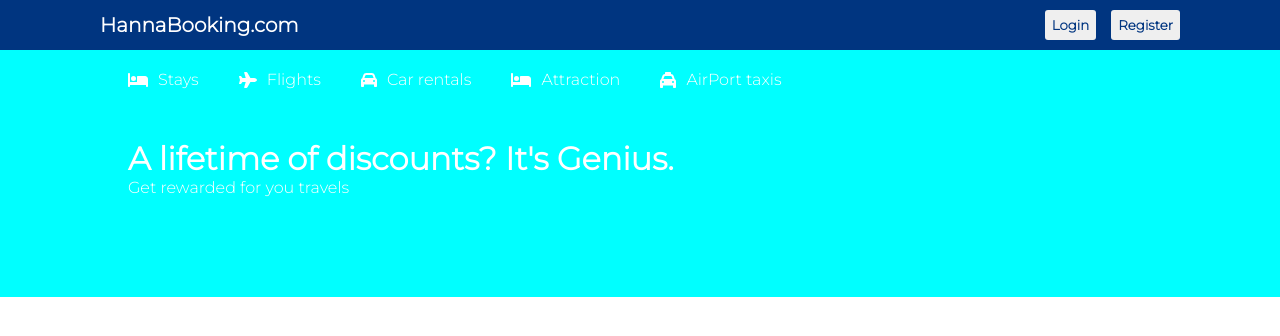
Repository: truongnguyenuit/BookingWebApp
Page: /
These files come from the project's save history. The page is drawn as it stood at one moment and after the next save; the edit follows.
The browser window is 1280 px wide. The pictures show the whole page.
The project was rebuilt for these pictures with package versions that can differ from the ones it lists, and the page was loaded fresh each time.

Above is the page before, as saved 2022-05-26 15:36:06.

After the next save:
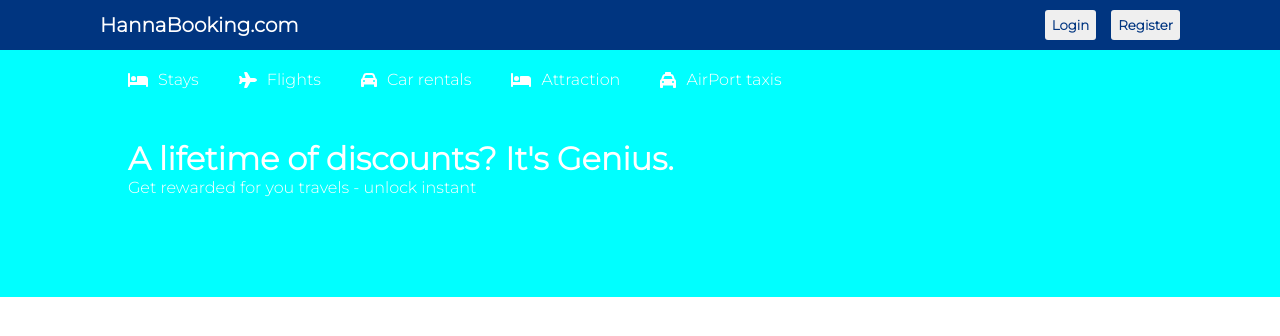
Saved 5 s later.
--- a/src/components/header/Header.jsx
+++ b/src/components/header/Header.jsx
@@ -62,7 +62,7 @@ const Header = ({ type }) => {
                         A lifetime of discounts? It's Genius.
                     </h1>
                     <p className="headerDesc">
-                        Get rewarded for you travels
+                        Get rewarded for you travels - unlock instant
                     </p>
                 </>
             </div>
